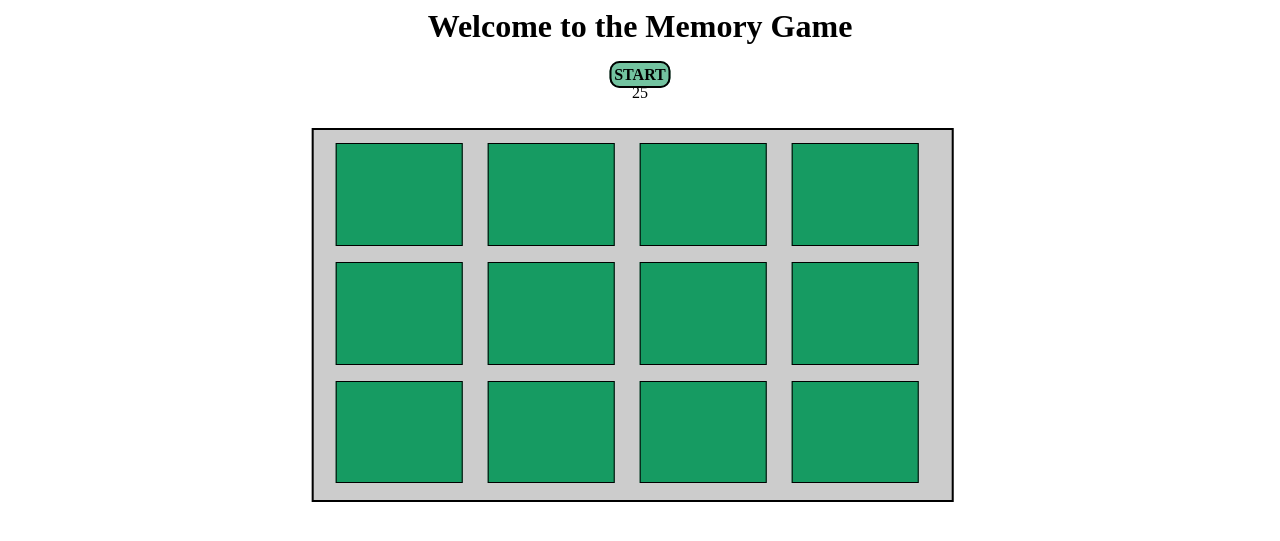
Repository: Code-Institute-Submissions/InteractiveMilestoneProject
Page: index.html
The author's editor kept a record of every edit. The page is drawn from the files as they stood at one moment, then again after the next edit.
The browser window is 1280 px wide. The pictures show the whole page.

Above is the page before.

### index.html
<!DOCTYPE html>
<html lang="en">

<head>
    <meta charset="utf-8">

    <meta name="viewport" content="width=device-width, height=device-height, user-scalable=no">
    <title>Js_Game_Temporizador</title>
    <link rel="stylesheet" href="css/style.css">

</head>

<body>
   <div id="cont">
        <h1>Welcome to the Memory Game</h1>
        <span id="start">START</span>
        <div id="table_memoria"></div>
        <div id="cronometro"><span>25</span></div>
    </div>

     <script type="text/javascript" src="https://code.jquery.com/jquery-git.min.js"></script>
     <script src="js/script.js"></script>


</body>

</html>

### css/style.css
 #cont {
     text-align: center;
     position: relative;
     width: 90%;
     transform: translateX(45%);
     left: -35%;
     height: 650px;

 }

 h1 {
     margin-top: 0px;
 }


 #table_memoria {
     background: #ccc;
     border: black 2px solid;
     width: 80%;
     height: 50%;
     padding: 5px;
     margin: 0px auto;
     position: absolute;
     transform: translateX(10%);
     top: 170px;

 }

 #table_memoria > div {
     background: #169B62;
     border: #000 1px solid;
     width: 26%;
     height: 20%;
     float: left;
     margin-top: 7px;
     margin-bottom: 7px;
     margin-left: 14px;
     margin-right: 0px;
     font-size: 35px;
     cursor: pointer;
     text-align: center;

 }




 #start {
     width: 80px;
     cursor: pointer;
     font-weight: bold;
     padding: 3px;
     border: 2px solid black;
     border-radius: 10px;
     background: rgb(22, 155, 98, 0.6);
 }


 /* ____________  PRIMERA MEDIA SCREEN ___________*/

 @media (min-width: 768px) {

     #borde {
         height: 55%;
         top: 120px;
     }

     #table_memoria {
         height: 55%;
         top: 120px;
     }

     #table_memoria > div {

         width: 21%;
         height: 27%;
         margin-left: 17px;

     }

     #cronometro {

         top: 40px;


     }

 }

 /* ___________  SEGUNDA MEDIA SCREEN _____________*/

 @media (min-width: 992px) {
     #cont {

         transform: translateX(-50%);

         left: 50%;
         width: 70%;
         height: 600px;

         max-width: 785px;

     }

     #borde {
         height: 60%;
         top: 120px;
         max-width: 630px;
         max-height: 400px;

     }

     #table_memoria {
         height: 60%;
         top: 120px;
         max-width: 630px;
         max-height: 400px;

     }




     #table_memoria > div {
         background: #169B62;
         border: #000 1px solid;
         width: 20%;
         height: 28%;
         float: left;
         margin: 8px;
         margin-left: 16.5px;
         font-size: 64px;
         cursor: pointer;
         text-align: center;

     }

 }

### js/script.js

        var arrayMemoria = ["1", "1", "2", "2", "3", "3", "4", "4", "5", "5", "6", "6"];

        var valor_memoria = [];
        var memoria_carta_ids = [];
        var virada_carta = 0;

        // Funcion tiempo en segundos

        var seg = 25;
        var timer

        function restar() {
            timer = setInterval(function() {
                seg = seg - 1;
                //
                if (seg >= 0) {
                    $("#cronometro").html(seg);
                } else {
                    alert("PERDISTE ........ JUGAR DE NUEVO");
                    clearInterval(timer);
                    virada_carta = 0;
                    nuevaTabla();
                    $("#borde").show();
                    $("#cronometro").html("25");
                    $("#cronometro").removeClass("red");
                    $("#cronometro").addClass("green");
                    seg = 25;
                }
                if (seg >= 6 && seg <= 15) {
                    $("#cronometro").removeClass("green");
                    $("#cronometro").addClass("yellow");
                } else if (seg >= 0 && seg <= 5) {
                    $("#cronometro").removeClass("yellow");
                    $("#cronometro").addClass("red");
                }

            }, 1000);

        }


        $('#start').on("click", function() {
            if (seg === 25) {
                $("#cronometro").addClass("green");
                $("#borde").hide();
                restar();
            }
        });

        // Metodo Fisher-Yates para mezclar un array
        Array.prototype.memoriaCartaEmbarajar = function() {
            var i = this.length;
            var indiceAleatorio;
            var valorTemporal;
            while (--i > 0) {
                indiceAleatorio = Math.floor(Math.random() * (i + 1));
                valorTemporal = this[indiceAleatorio];
                this[indiceAleatorio] = this[i];
                this[i] = valorTemporal;
            };
        };
        // Funcion para crear un nuevo tablero
        function nuevaTabla() {
            var output = "";
            arrayMemoria.memoriaCartaEmbarajar();

            for (var i = 0; i < arrayMemoria.length; i++) {
                output += '<div id="carta_' + i + '" onclick="virarCartaMemoria(this,\'' + arrayMemoria[i] + '\')"></div>';
            }
            document.getElementById('table_memoria').innerHTML = output;
            //            $("#borde").show();
            //            document.getElementById('borde').show();

            valor_memoria = [];
            memoria_carta_ids = [];
            var virada_carta = 0;
            // probando una cosa
        }

        // Funcion del Juego
        function virarCartaMemoria(carta, valor) {

            if (carta.innerHTML == "" && valor_memoria.length < 2) {
                carta.style.background = '#fff';
                carta.innerHTML = valor;
                // Codigo a ejecutar al dar vuelta la primera carta
                if (valor_memoria.length === 0) {
                    valor_memoria.push(valor);
                    memoria_carta_ids.push(carta.id);
                    // Codiga a ejecuatra al dar vueta la seganda carta
                } else if (valor_memoria.length === 1) {
                    valor_memoria.push(valor);
                    memoria_carta_ids.push(carta.id);
                    if (valor_memoria[0] === valor_memoria[1]) {
                        virada_carta += 2;
                        // despejando los dos Arrays
                        valor_memoria = [];
                        memoria_carta_ids = [];
                        // chekea si la mesa entera esta despejada
                        if (virada_carta === arrayMemoria.length) {
                            // XXXXXXXX      AQUI TENGO QUE PARAR EL RELOJ     XXXXXXXX

                            setTimeout(function() {
                                alert("GANASTE !!!  ... Creando un nuevo tablero");
                                clearInterval(timer);
                                document.getElementById('table_memoria').innerHTML = "";
                                seg = 25;
                                $("#borde").show();
                                $("#cronometro").html("25");
                                $("#cronometro").removeClass("yellow");
                                $("#cronometro").removeClass("red");
                                $("#cronometro").addClass("green");
                                valor_memoria = [];
                                memoria_carta_ids = [];
                                virada_carta = 0;
                                nuevaTabla();

                            }, 100);



                        }
                    } else {
                        function virarAtras() {
                            // las dos cartas se van a virar
                            var carta_1 = document.getElementById(memoria_carta_ids[0]);
                            var carta_2 = document.getElementById(memoria_carta_ids[1]);
                            carta_1.style.background = '#169B62';
                            carta_1.innerHTML = "";
                            carta_2.style.background = '#169B62';
                            carta_2.innerHTML = "";
                            // despejando los dos Arrays
                            valor_memoria = [];
                            memoria_carta_ids = [];
                        }
                        setTimeout(virarAtras, 700);
                    }
                }
            }
        }

nuevaTabla();

After the next edit:
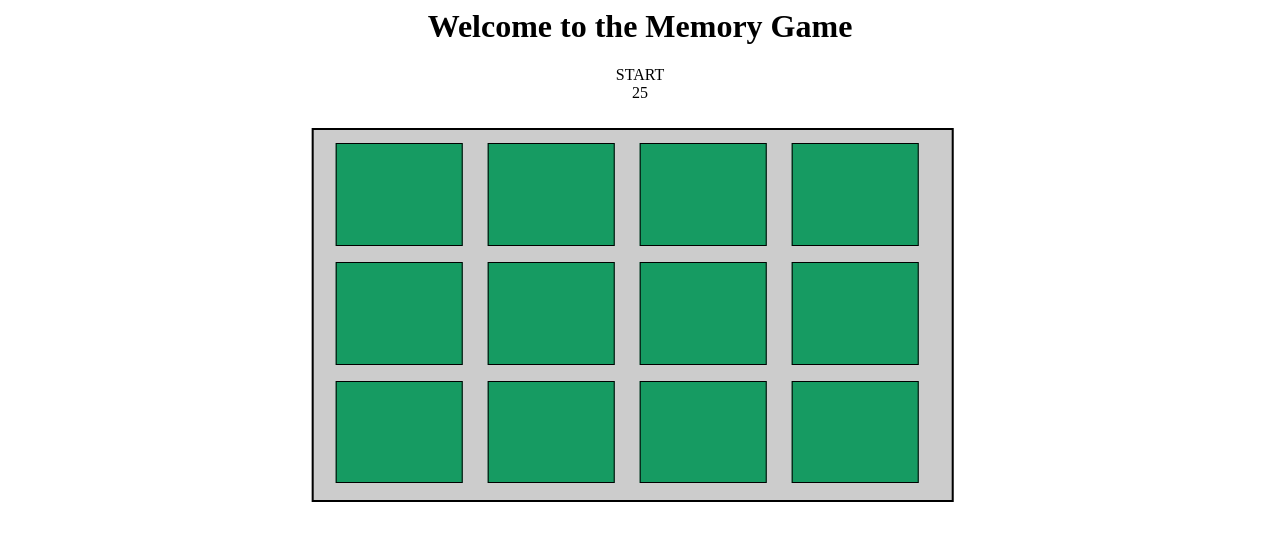
The edit:
--- a/css/style.css
+++ b/css/style.css
@@ -45,25 +45,11 @@
 
 
 
- #start {
-     width: 80px;
-     cursor: pointer;
-     font-weight: bold;
-     padding: 3px;
-     border: 2px solid black;
-     border-radius: 10px;
-     background: rgb(22, 155, 98, 0.6);
- }
-
 
  /* ____________  PRIMERA MEDIA SCREEN ___________*/
 
  @media (min-width: 768px) {
 
-     #borde {
-         height: 55%;
-         top: 120px;
-     }
 
      #table_memoria {
          height: 55%;
